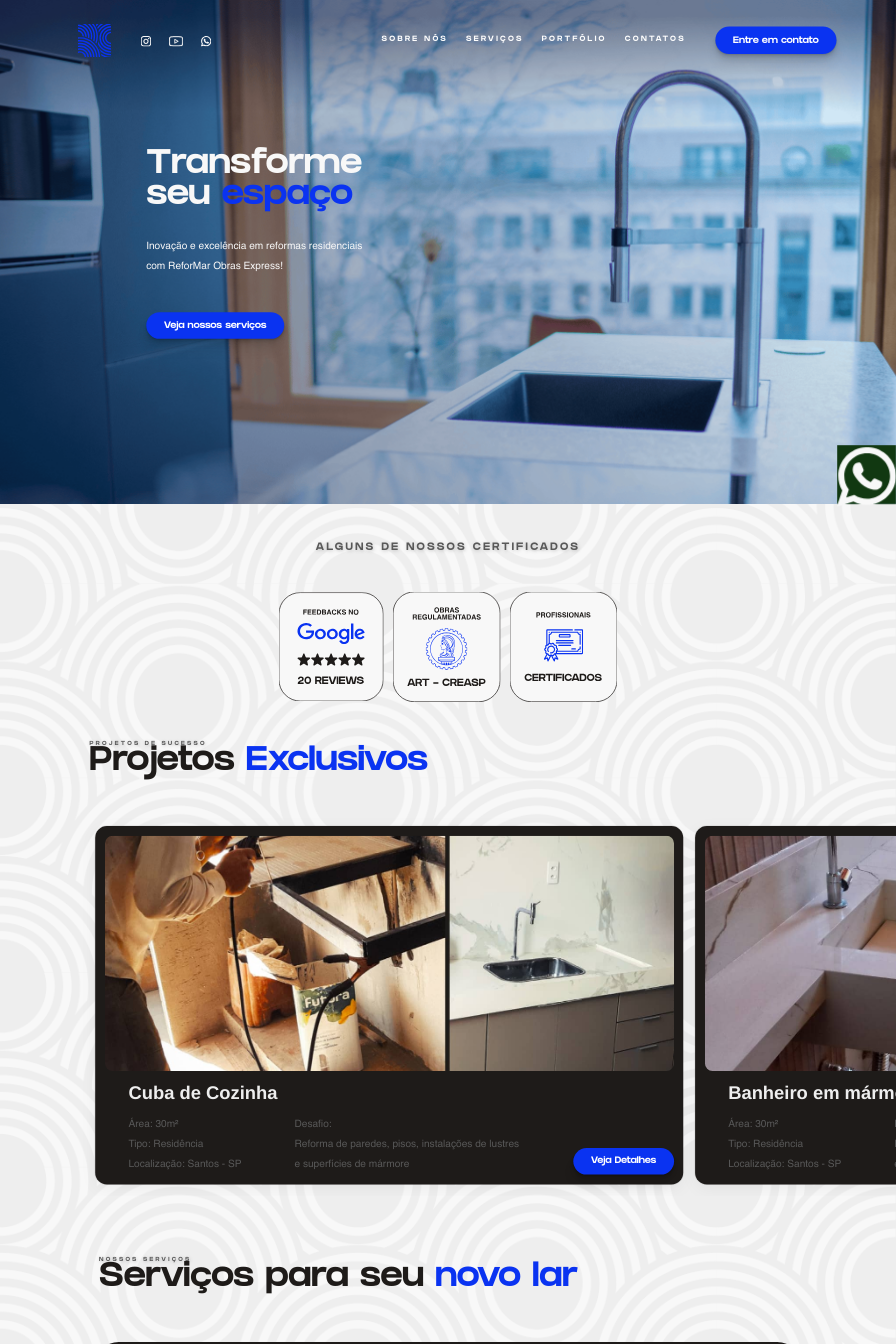
Repository: lucastdcs/ReforMar
Page: /
An editor plug-in stored every save of this project. The page is shown before and after the next save, followed by the edit.
The browser window is 1280 px wide. The pictures show the part of the page from y = 0 to 1920 px (the page is 9722 px tall), at 70% of full size.
Backgrounds fixed to the window are drawn as part of the page. The project was rebuilt for these pictures with package versions that can differ from the ones it lists, and the page was loaded fresh each time. Also part of the build but not shown: vite.config.js, src/Components/EmailPopUp/EmailPopUp.styled.js, src/Components/EmailPopUp/EmailPopUp.jsx, src/Components/Carrousel/Carousel.styled.js, src/Components/Carrousel/Carousel.jsx, src/Components/ServicesCardImg/ServicesCardImg.styled.js, src/Components/ServicesCardImg/ServicesCardImg.jsx, src/Pages/Servicos.jsx and 4 more.

Above is the page before, as saved 2025-01-03 23:54:42.

After the next save:
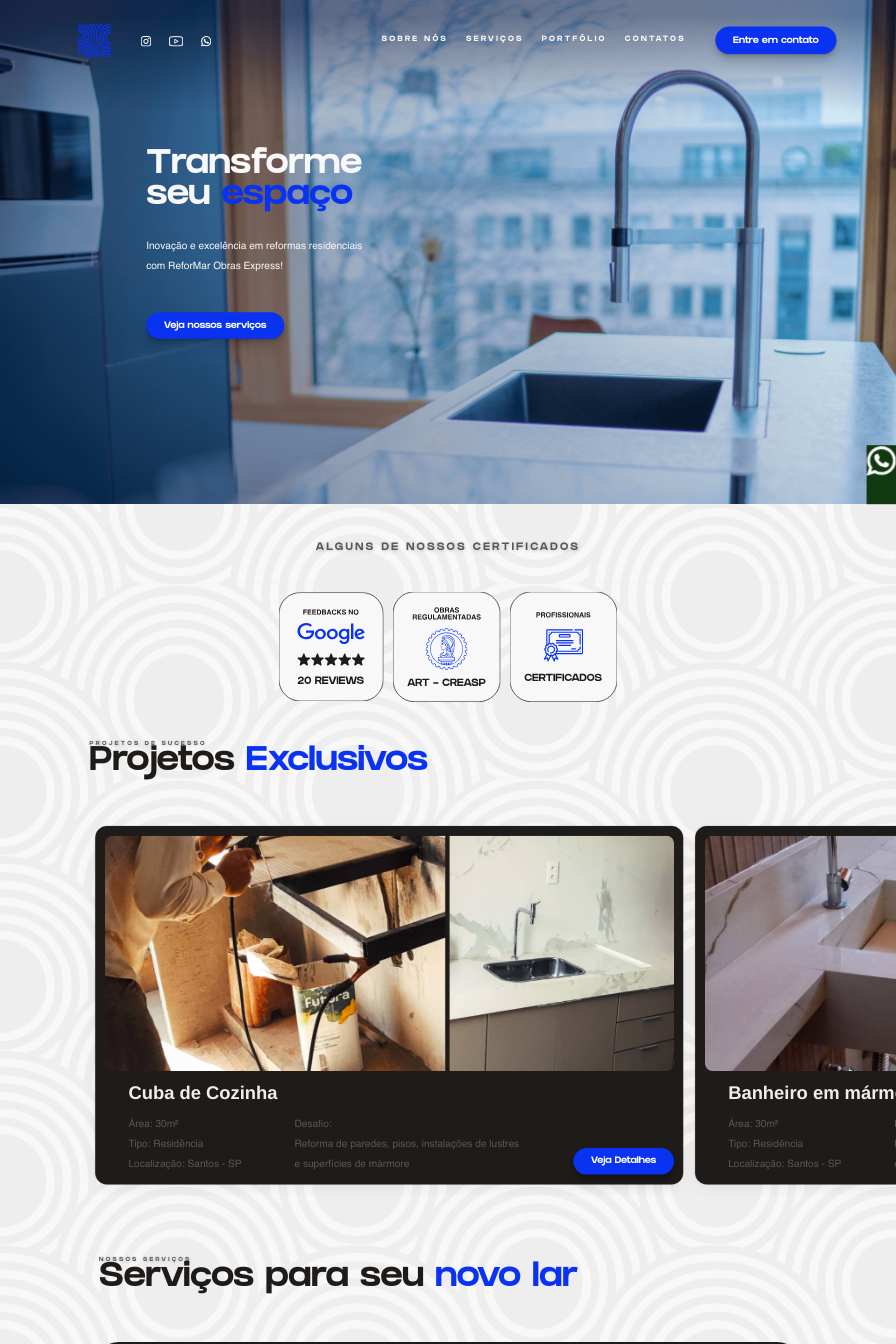
Saved 13 s later.
--- a/src/Components/WhatsappButton/WhatsappButton.jsx
+++ b/src/Components/WhatsappButton/WhatsappButton.jsx
@@ -4,7 +4,7 @@ import styled from "styled-components";
 
 export const WhatsappButton = () => {
   const WhatsappMainBtn = styled.a`
-    width: 10rem;
+    width: 5rem;
     height: 10rem;
     position: fixed;
     right: 0;
